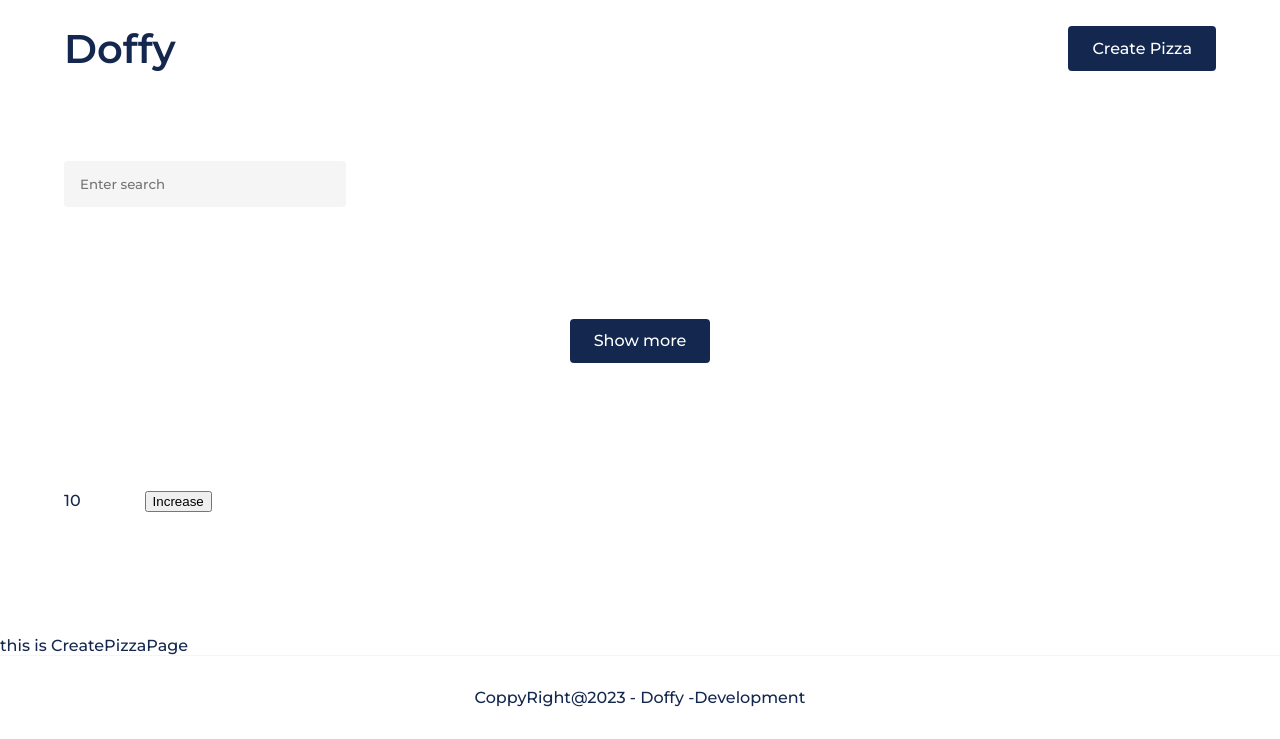
Repository: 16-Doffy/Pizza-Store
Page: /
These files come from the project's save history. The page is drawn as it stood at one moment and after the next save; the edit follows.
The browser window is 1280 px wide. The pictures show the whole page.
The page's requests for data from a server got no answer. The project was rebuilt for these pictures with package versions that can differ from the ones it lists, and the page was loaded fresh each time. No one was signed in, and anything a server would have sent is missing. Also part of the build but not shown: webpack.config.js, src/icon/IcSpinner.tsx, src/sections/CardPizza.tsx.

Above is the page before, as saved 2025-02-07 21:44:59.

### src/App.tsx
import React from "react";
import "./index.css";
import Header from "./layout/Header";
import Footer from "./layout/Footer";
import CreatePizzaPage from "./pages/CreatePizzaPage";
import HomePage from "./pages/HomePage";

function App() {

  return (
    <div className="App">
    <Header />
    <HomePage />
    <CreatePizzaPage />
    <Footer />

    </div>
  );
}

export default App;

### src/index.css
@import url("https://fonts.googleapis.com/css2?family=Montserrat:ital,wght@0,300;0,500;0,600;1,300;1,500;1,600&display=swap");

html {
  font-family: "Montserrat", sans-serif;
}

body {
  padding: 0;
  margin: 0;
  box-sizing: border-box;
}

div {
  color: #14274e;
}

.flex-basic-between {
  display: flex;
  justify-content: space-between;
  align-items: center;
}

/* Button */
.btn-main {
  cursor: pointer;
  background: #14274e;
  color: #fff;
  padding: 0.8rem 1.5rem;
  border-radius: 4px;
}

.btn-main:hover {
  background: #394867;
}
/* Button */

.wrapper-card-items {
  display: flex;
  column-gap: 4rem;
  flex-wrap: wrap;
  row-gap: 8rem;
  padding-top: 7rem;
}

.card-items {
  width: 30%;
  height: 200px;
  box-shadow: 0px 4px 20px 0px rgba(72, 119, 159, 0.18);
  position: relative;
  cursor: pointer;
}

.card-image-pizza {
  width: 200px;
  position: absolute;
  top: -90px;
  left: 22.5%;
}

.card-content {
  display: flex;
  align-items: center;
  justify-content: center;
  height: 50%;
  background: #14274e;
}

/* Text field */
.text-field {
  padding: 0.8rem 1rem;
  background: #f5f5f5;
  border: none;
  outline: none;
  color: #14274e;
  border-radius: 4px;
}

input {
  font-family: "Montserrat", sans-serif;
}
/* Text field */

/* Loading Spinner */
.lds-ring {
  display: inline-block;
  position: relative;
  width: 80px;
  height: 80px;
}
.lds-ring div {
  box-sizing: border-box;
  display: block;
  position: absolute;
  width: 64px;
  height: 64px;
  margin: 8px;
  border: 8px solid #14274e;
  border-radius: 50%;
  animation: lds-ring 1.2s cubic-bezier(0.5, 0, 0.5, 1) infinite;
  border-color: #14274e transparent transparent transparent;
}
.lds-ring div:nth-child(1) {
  animation-delay: -0.45s;
}
.lds-ring div:nth-child(2) {
  animation-delay: -0.3s;
}
.lds-ring div:nth-child(3) {
  animation-delay: -0.15s;
}
@keyframes lds-ring {
  0% {
    transform: rotate(0deg);
  }
  100% {
    transform: rotate(360deg);
  }
}
/* Loading Spinner */

### src/layout/Header.tsx
import React from "react";
import ButtonField from "../components/ButtonField";

const Header = () => {
  return (
    <div className="flex-basic-between" style={{ padding: "1.5rem 4rem" }}>
      <div style={{ fontSize: "40px", fontWeight: 600 }}>Doffy</div>
      <ButtonField > Create Pizza</ButtonField>
    </div>
  );
};

export default Header;

### src/layout/Footer.tsx
import React from 'react';

const Footer = () => {
    return (
        <div
        style={{textAlign:'center', padding:'2rem 0', borderTop:'1px solid #f1f6f9'}}>
            CoppyRight@2023 - Doffy -Development
        </div>
    );
};

export default Footer;

### src/pages/CreatePizzaPage.tsx
import React from 'react';

const CreatePizzaPage = () => {
    return (
        <div>
            this is CreatePizzaPage
        </div>
    );
};

export default CreatePizzaPage;

### src/pages/HomePage.tsx
// import React, { useEffect, useState } from "react";
// import CardPizza from "../sections/CardPizza";
// import { Pizza } from "../models/Pizza.model";
// import CountPizza from "../sections/CountPizza";

// const HomePage = () => {
//   const [pizzas, setPizzas] = useState<Pizza[]>([
//     { id: 1, title: "Pizza thit heo", description: "sot muoi" },
//     { id: 2, title: "Pizza pho mai", description: "sot pho mai" },
//     { id: 3, title: "Pizza hai san", description: "sot hai san" },
//   ]);

//   const [count, setCount] = useState(0); // Dùng để cập nhật pizzas
//   const [counter, setCounter] = useState(0); // Dùng để đếm số lần nhấn "Increase"

//   useEffect(() => {

//     setPizzas((prevPizzas) => [
//       ...prevPizzas,
//       { id: prevPizzas.length + 1, title: "pizza test", description: "nhu cc" },
//     ]);
//   }, [count]);

//   // Hàm để giảm số lượng pizza
//   const handleDecrease = () => {
//     setPizzas((prevPizzas) => {
//       const newPizzas = [...prevPizzas];
//       newPizzas.pop(); // Xóa pizza cuối cùng
//       return newPizzas;
//     });
//   };



//   return (
//     <div
//       style={{
//         height: "calc(100vh - 309px)",
//         padding: "4rem 4rem",
//         overflow: "auto",
//       }}
//     >
//       <div className="wrapper-card-items">
//         {pizzas.map((item) => (
//           <CardPizza
//             key={item.id}
//             id={item.id}
//             title={item.title}
//             description={item.description}
//           />
//         ))}
//       </div>

//       <div style={{ display: 'flex', marginTop: '20px', marginBottom: '30px' }}>
//         <button onClick={() => setCount(count + 1)}>Increase Pizza Count</button>
//         <button onClick={handleDecrease}>Decrease Pizza</button>
//       </div>

//       <div style={{ marginLeft: '1000px' }}>
//         <button onClick={() => setCounter(counter + 1)}>Increase Counter</button>
//         <button onClick={() => setCounter(counter - 1)}>Decrease Counter</button>

//         <CountPizza counter={counter} setCounter={setCounter} />

//       </div>
//       <div>Counter: {counter}</div>
//       <div>Pizza Count: {count}</div>
//     </div>
//   );
// };

// export default HomePage;
import React, { useEffect, useMemo, useState } from "react";
import CardPizza from "../sections/CardPizza";
import { Pizza } from "../models/Pizza.model";
import CountPizza from "../sections/CountPizza";
import ButtonField from "../components/ButtonField";
import TextField from "../components/TextField";

const HomePage = () => {
  const [pizzas, setPizzas] = useState<Pizza[]>([]);

  const [count, setCount] = useState(0); // Dùng để cập nhật pizzas

  useEffect(() => {
    fetch('https://668a837a2c68eaf3211d01c4.mockapi.io/laptop/product')
      .then((res) => res.json())
     .then(data => setPizzas(data))
  },[]);

const tinhTong = useMemo (() => {
  return count + 1;
},[])
  return (
    <div
      style={{
        height: "calc(100vh - 309px)",
        padding: "4rem 4rem",
        overflow: "auto",
      }}
    >
      <TextField placeholder="Enter search" width="250px" />
      <div className="wrapper-card-items">
        {pizzas.map((item) => (
          <CardPizza
            key={item.id}
            id={item.id}
            productName={item.productName}
            description={item.description}
          />
        ))}
        <div style={{display:'flex', width:'100%',justifyContent:'center'}}>
        <ButtonField> Show more</ButtonField>
        </div>
        {tinhTong}
        {count}
        <button onClick={() => setCount (count + 1)}>Increase</button>
      </div>
    </div>
  );
};

export default HomePage;

### src/components/ButtonField.tsx
import React, { ReactNode } from 'react';
import { IcSpinner } from '../icon/IcSpinner';


type Props ={
    loading?:boolean;
    children?: ReactNode;
}
const ButtonField = ({
    loading,
    children,
}: Props) => {
    return (
        <div className="btn-main">
            {
                !loading
                ? children
                : <div style={{display:'flex', alignItems:'center', columnGap:'.5rem'}}>
                    <IcSpinner  width='32px' height='32px'/>
                    {children}
                     </div>
            }
        </div>
    );
};

export default ButtonField;

### src/components/TextField.tsx
import React from 'react';
type Props = {
    placeholder:string;
    value?:string;
    width?:string;
    height?:string;
    onChange?: (value:string) =>void;
}
const TextField = ({
    // placeholder,
    // value,
    width = '100%',
    height ='20px',
    onChange,
    ...props
}:Props) => {
    return (
        <input
        {...props}
        type="text"
        className='text-field'
        style={{width, height}}
        // placeholder={placeholder}
        // value={value}
        onChange={(e) => onChange && onChange(e.target.value)}
        />
    );
};

export default TextField;
//{..props} => trải dài all infor placeholder

Loaded but not shown: public/index.html (common file); src/index.tsx (common file)

After the next save:
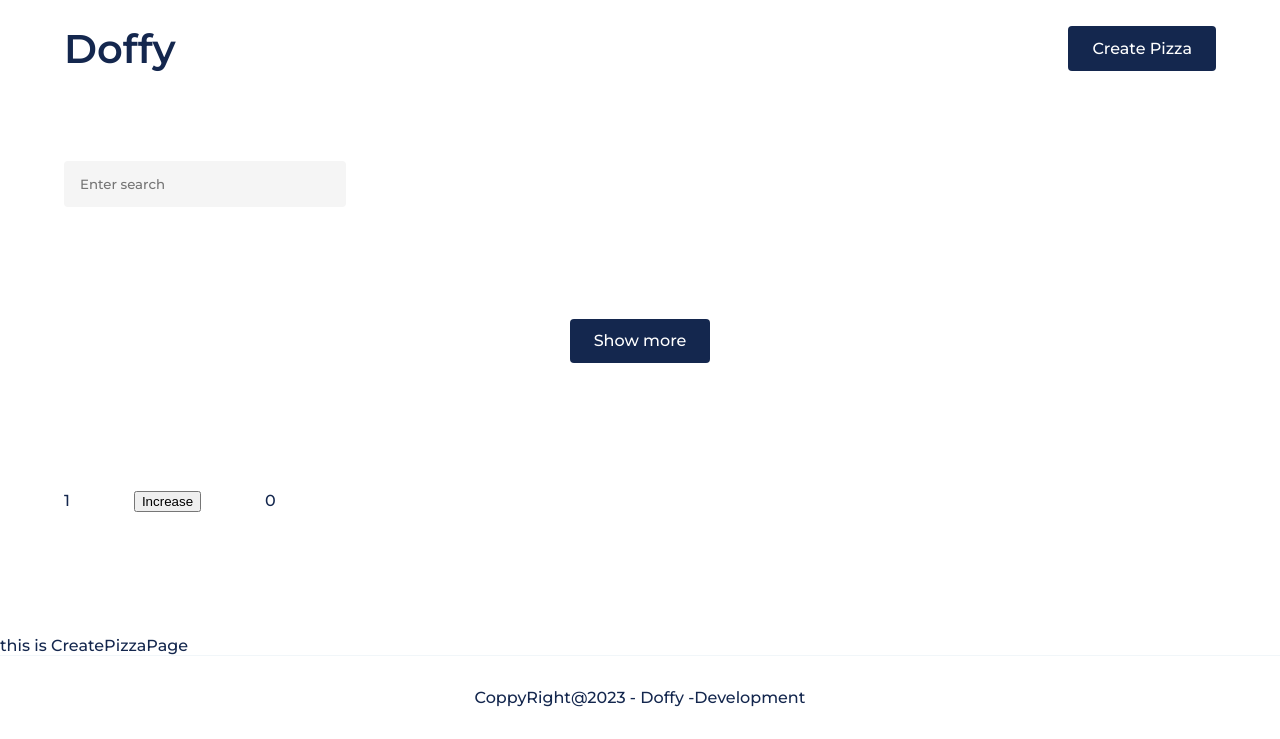
Saved 42 s later.
--- a/src/pages/HomePage.tsx
+++ b/src/pages/HomePage.tsx
@@ -113,8 +113,9 @@ const tinhTong = useMemo (() => {
         <ButtonField> Show more</ButtonField>
         </div>
         {tinhTong}
+
+        <button onClick={() => setCount (count + 1)}>Increase</button>
         {count}
-        <button onClick={() => setCount (count + 1)}>Increase</button>
       </div>
     </div>
   );
